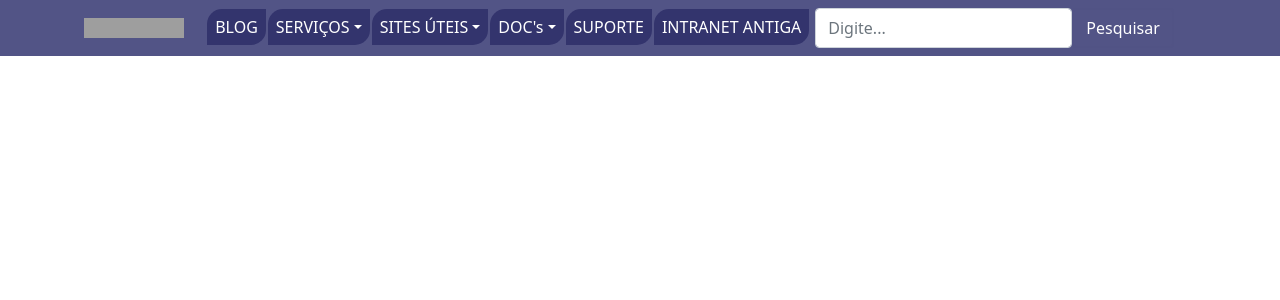
Repository: Leandromarim/INTRANET_PARTICULAR
Page: header.html
These files come from the project's save history. The page is drawn as it stood at one moment and after the next save; the edit follows.
The browser window is 1280 px wide. The pictures show the whole page.
Pictures or frames that could not be fetched are drawn as grey boxes.

Above is the page before, as saved 2021-12-14 11:02:23.

### header.html
<head>
    <meta charset="UTF-8">
    <meta http-equiv="X-UA-Compatible" content="IE=edge" />
    <meta name="viewport" content="width=device-width, initial-scale=1.0" />
    <link rel="stylesheet" href="./assets/css/bootstrap-grid.css" />
    <link rel="stylesheet" href="./assets/css/bootstrap-grid.min.css" />
    <link rel="stylesheet" href="./assets/css/bootstrap.css" />
    <link rel="stylesheet" href="./assets/css/bootstrap.css" />
    <link rel="stylesheet" href="./assets/css/header.css" />
    <link rel="icon" href="./image/ico/ico_ha.ico" />
    <title>Intranet 2.0</title>
</head>
<nav class="navbar navbar-expand-lg navbar-dark bg navbar" aria-label="Tenth navbar example">
    <div class="container-fluid">
        <button class="navbar-toggler" type="button" data-bs-toggle="collapse" data-bs-target="#navbarsExample08" aria-controls="navbarsExample08" aria-expanded="false" aria-label="Toggle navigation">
        <span class="navbar-toggler-icon"></span>
        </button>
        <section class="collapse navbar-collapse justify-content-center secao-navbar" id="navbarsExample08">
            <section class="container-logo">
                <a href="index.html"><img class="logo" src="image/logo/Marca_horizontal_branca_fundo_transparente.png" href="index.html"></a>
            </section>
            <ul class="navbar-nav">

                <li class="nav-item">
                    <a class="nav-link active button" href="blog.html">BLOG</a>
                </li>
                <li class="nav-item dropdown">
                    <a class="nav-link dropdown-toggle active button" href="#" id="dropdown08" data-bs-toggle="dropdown" aria-expanded="false">SERVIÇOS</a>
                    <ul class="dropdown-menu" aria-labelledby="dropdown08">
                        <li><a class="dropdown-item item-link-nav" target="_self" href="">AVISO DE CIRURGIAS</a></li>
                        <li><a class="dropdown-item item-link-nav" target="_self" href="termos/cod_procedimento_amb.pdf">CÓDIGOS DE PROCEDIMENTOS AMBULATORIAIS</a></li>
                        <li><a class="dropdown-item item-link-nav" target="_self" href="termos/cod_procedimento_exame.pdf">CÓDIGOS DE PROCEDIMENTOS (EXAMES)</a></li>
                        <li><a class="dropdown-item item-link-nav" target="_self" href="termos/checklist_cirurgia.pdf">CHECK LIST DE SEGURANÇA CIRÚRGICA</a></li>
                        <li><a class="dropdown-item item-link-nav" target="_self" href="#">E-MAILS INSTITUCIONAIS</a></li>
                        <li><a class="dropdown-item item-link-nav" target="_self" href="termos/MD_03_RECP-Normas_institucionais.pdf">NORMAS INSTITUCIONAIS</a></li>
                        <li><a class="dropdown-item item-link-nav" target="_self" href="termos/recep_rm_ipasgo.pdf">RM - IPASGO</a></li>
                        <li><a class="dropdown-item item-link-nav" target="_self" href="termos/recep_tc_ipasgo.pdf">TC - IPASGO</a></li>
                        <li><a class="dropdown-item item-link-nav" target="_self" href="termos/recep_us_ipasgo.pdf">US - IPASGO</a></li>
                        <li><a class="dropdown-item item-link-nav" target="_self" href="termos/recep_rm_unimed.pdf">RM - UNIMED</a></li>
                        <li><a class="dropdown-item item-link-nav" target="_self" href="termos/recep_tc_unimed.pdf">TC - UNIMED</a></li>
                        <li><a class="dropdown-item item-link-nav" target="_self" href="termos/recep_us_unimed.pdf">US - UNIMED</a></li>
                        <li><a class="dropdown-item item-link-nav" target="_self" href="termos/termo_apt_para_apt.docx">TERMO DE APTO PARA APTO</a></li>
                        <li><a class="dropdown-item item-link-nav" target="_self" href="termos/termo_enf_para_apt.docx">TERMO DE ENF PARA APTO</a></li>
                        <li><a class="dropdown-item item-link-nav" target="_self" href="termos/termo-leito-uti.pdf">TERMO LEITO UTI</a></li>
                        <li><a class="dropdown-item item-link-nav" target="_blank" href="http://192.168.0.186/users/sign_in">TGA (SENHAS)</a></li>
                        <li><a class="dropdown-item item-link-nav" target="_self" href="#">SENHAS DE PLANOS DE SAÚDE</a></li>
                    </ul>
                </li>
                <li class="nav-item dropdown">
                    <a class="nav-link dropdown-toggle active button" href="#" id="dropdown08" data-bs-toggle="dropdown" aria-expanded="false">SITES ÚTEIS</a>
                    <ul class="dropdown-menu" aria-labelledby="dropdown08">
                        <li><a class="dropdown-item item-link-nav" target="_blank" href="https://health-analytics.ncisaude.com.br/">AHPACEG</a></li>
                        <li><a class="dropdown-item item-link-nav" href="covid19.html">COVID-19</a></li>
                        <li><a class="dropdown-item item-link-nav" target="_blank" href="https://secure.epimedmonitor.com/Login.aspx">EPIMED</a></li>
                        <li><a class="dropdown-item item-link-nav" target="_blank" href="https://www.pulsesaude.com.br/Autenticacao/Index?ReturnUrl=%2fDashboard">INGOH</a></li>
                        <li><a class="dropdown-item item-link-nav" target="_blank" href="https://mail.google.com/a/hospitaldeacidentados.com.br">GMAIL</a></li>
                        <li><a class="dropdown-item item-link-nav" target="_blank" href="http://www.goiania.go.gov.br/nfse/">NOTA FISCAL</a></li>
                        <li><a class="dropdown-item item-link-nav" target="_blank" href="https://orbis.neovero.com/login">ORBIS</a></li>
                        <li><a class="dropdown-item item-link-nav" target="_blank" href="https://regulacao.unimedgoiania.coop.br/#!/login">REGULAÇÃO MÉDICA</a></li>
                        <li><a class="dropdown-item item-link-nav" target="_blank" href="http://www.affegosaude.com.br:1515/affegosaude/solusweb_temp/prestador/index.php">AFFEGO SAÚDE</a></li>
                        <li><a class="dropdown-item item-link-nav" target="_blank" href="https://www.amil.com.br/institucional/#/">AMIL</a></li>
                        <li><a class="dropdown-item item-link-nav" target="_blank" href="https://www.bradescoseguros.com.br/clientes/produtos/plano-saude">BRADESCO SAÚDE</a></li>
                        <li><a class="dropdown-item item-link-nav" target="_blank" href="https://www.cassi.com.br/index.php?option=com_content&view=featured&Itemid=505">CASSI</a></li>
                        <li><a class="dropdown-item item-link-nav" target="_blank" href="https://portal.saudevivacom.com.br/as-vivacom/pp/">CELGMED</a></li>
                        <li><a class="dropdown-item item-link-nav" target="_blank" href="https://www.hapvida.com.br/pls/webhap/webNewProducaoMedica.Login">HAPVIDA</a></li>
                        <li><a class="dropdown-item item-link-nav" target="_blank" href="http://portalsistemas.ipasgo.go.gov.br/SAAT/login.asp">IPASGO PRESTADOR</a></li>
                        <li><a class="dropdown-item item-link-nav" target="_blank" href="http://www.ipasgo.go.gov.br">IPASGO SITE</a></li>
                        <li><a class="dropdown-item item-link-nav" target="_blank" href="http://portalsistemas.ipasgo.go.gov.br/GuiasNet/login.asp">IPASGO CLIENTE</a></li>
                        <li><a class="dropdown-item item-link-nav" target="_blank" href="https://portalsistemas.ipasgo.go.gov.br/saat/auditor/consulta_tipoprocedimento.asp">IPASGO CONSULTA DE PROCEDIMENTO</a></li>
                        <li><a class="dropdown-item item-link-nav" target="_blank" href="https://autorizador.unimedgoiania.coop.br/">UNIMED - AUTORIZADOR (COOP)</a></li>
                        <li><a class="dropdown-item item-link-nav" target="_blank" href="http://agendaonline.unimedgoiania.coop.br/GUI/PrincipalAOL.aspx">UNIMED AGENDA</a></li>
                        <li><a class="dropdown-item item-link-nav" target="_blank" href="https://saude.caixa.gov.br/AutorizadorPRD/login.aspx">SAÚDE CAIXA</a></li>
                        <li><a class="dropdown-item item-link-nav" target="_blank" href="https://autorizador.postalsaudeservicos.com.br/autorizadorpro/login.aspx">POSTAL SAÚDE (CORREIOS)</a></li>
                        <li><a class="dropdown-item item-link-nav" target="_blank" href="https://autorizador.postalsaudeservicos.com.br/autorizadorpro/login.aspx">SAÚDE PORTOMED (ITAÚ)</a></li>
                        <li><a class="dropdown-item item-link-nav" target="_blank" href="https://www.orizonbrasil.com.br/">ORIZON</a></li>
                    </ul>
                </li>
                <li class="nav-item dropdown">
                    <a class="nav-link dropdown-toggle active button" href="#" id="dropdown08" data-bs-toggle="dropdown" aria-expanded="false">DOC's</a>
                    <ul class="dropdown-menu" aria-labelledby="dropdown08">
                        <li><a class="dropdown-item item-link-nav" href="covid19.html">COVID-19</a></li>
                        <li><a class="dropdown-item item-link-nav" href="dex.html">DEX</a></li>
                        <li><a class="dropdown-item item-link-nav" href="dos.html">DOS</a></li>
                        <li><a class="dropdown-item item-link-nav" href="md.html">MD</a></li>
                        <li><a class="dropdown-item item-link-nav" href="pop.html">POP</a></li>
                        <li><a class="dropdown-item item-link-nav" href="reg.html">REG</a></li>
                    </ul>
                </li>
                <li class="nav-item">
                    <a class="nav-link active button" href="#">SUPORTE</a>
                </li>
                <li class="nav-item">
                    <a class="nav-link active button" href="intranet_antiga/intranet.hospitaldeacidentados.com.br/">INTRANET ANTIGA</a>
                </li>
                <form class="d-flex">
                    <input class="form-control mr-sm-2" type="search" placeholder="Digite..." aria-label="Search">
                    <button class="btn btn-success button-pesquisar" type="submit">Pesquisar</button>
                </form>
            </ul>
        </section>
    </div>
</nav>

### assets/css/header.css
nav.navbar {
    background-color: #525486;
    width: 100%;
    height: auto;
}

nav .button {
    background-color: #272863b7;
    border-radius: 15px 0 15px 0;
    padding: 6px;
    margin: 1px;
}

.container-logo {
    position: relative;
    display: flex;
    width: 100px;
    height: 20px;
    align-items: center;
    align-content: center;
    justify-content: center;
    justify-items: center;
    right: 150px;
}

section img.logo {
    position: relative;
    display: flex;
    height: 20px;
    width: 100px;
    left: 8rem;
}

nav div.secao-navbar {
    width: 100%;
    height: auto;
    justify-content: center;
    justify-items: center;
    align-items: center;
    align-content: center;
}

a.item-link-nav {
    display: flex;
    position: relative;
    justify-items: center;
    justify-content: center;
    align-items: center;
    align-content: center;
    color: #525486;
    background-color: #fff;
    padding: 5px;
    border-radius: 10px 0 10px 0;
}

a.item-link-nav:hover {
    color: #fff;
    background-color: #525486;
}

nav ul li a:hover {
    background-color: rgba(255, 255, 255, 0.404);
    color: black;
}

nav ul li a {
    position: relative;
    display: flex;
    align-items: center;
    align-content: center;
    justify-content: center;
    justify-items: center;
}

.d-flex {
    margin: 0 0 0 5px;
}

button.button-pesquisar{
    background-color: #525486;
    color: #fff;
    border: 2px solid #5254868e;
}

button.button-pesquisar:hover{
    background-color: #fff;
    color: #525486;
}

Loaded but not shown: assets/css/bootstrap-grid.css (library); assets/css/bootstrap-grid.min.css (library); assets/css/bootstrap.css (library)

After the next save:
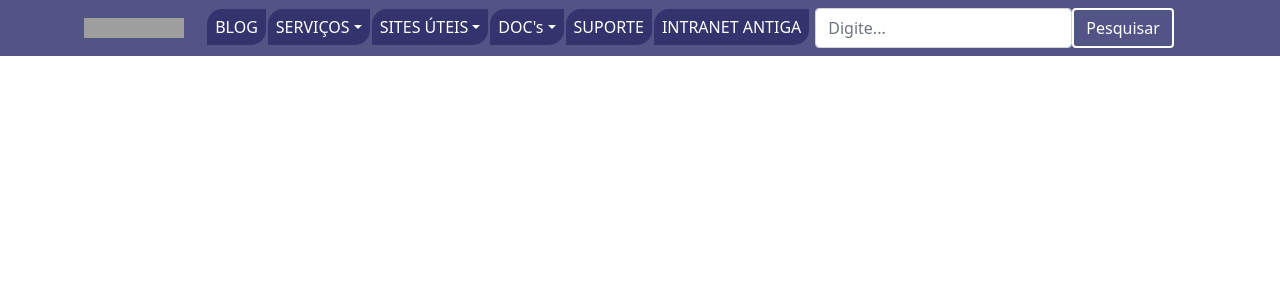
Saved 15 s later.
--- a/assets/css/header.css
+++ b/assets/css/header.css
@@ -79,7 +79,7 @@ nav ul li a {
 button.button-pesquisar{
     background-color: #525486;
     color: #fff;
-    border: 2px solid #5254868e;
+    border: 2px solid #fff;
 }
 
 button.button-pesquisar:hover{
